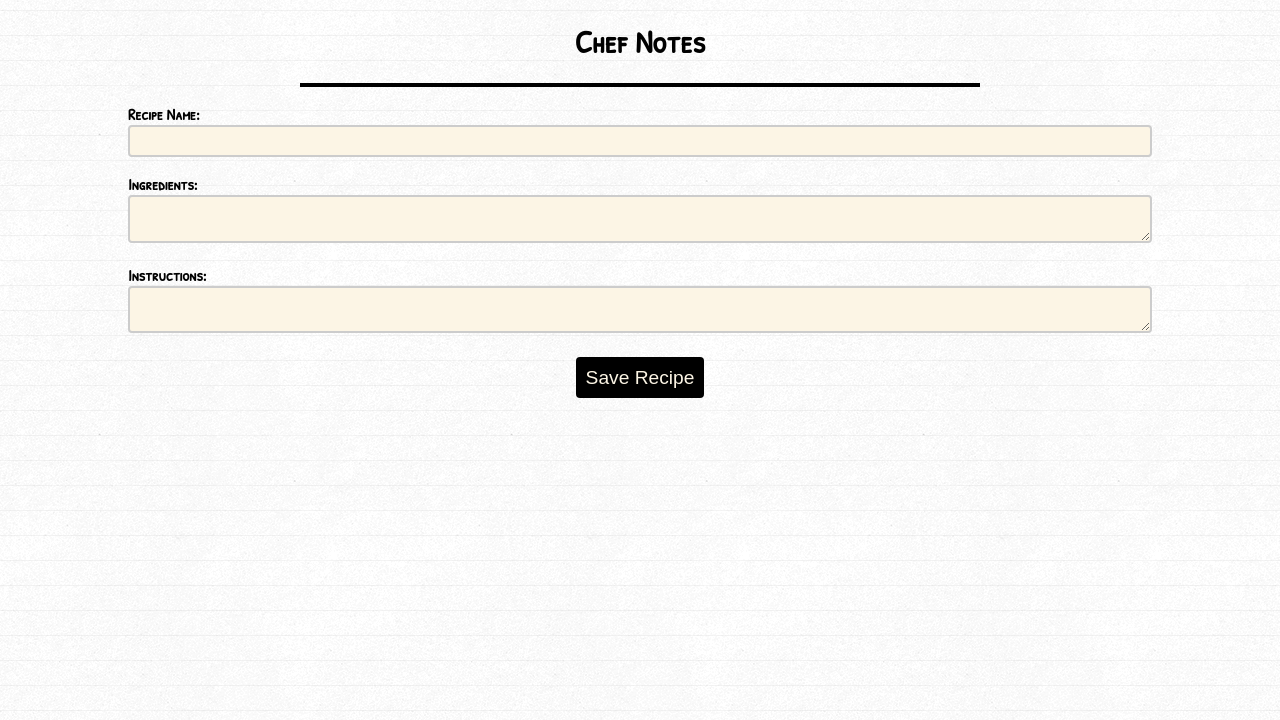
Repository: Chadloswald/RecipeSite
Page: index.html
These files come from the project's save history. The page is drawn as it stood at one moment and after the next save; the edit follows.
The browser window is 1280 px wide. The pictures show the whole page.

Above is the page before, as saved 2023-04-03 15:48:52.

After the next save:
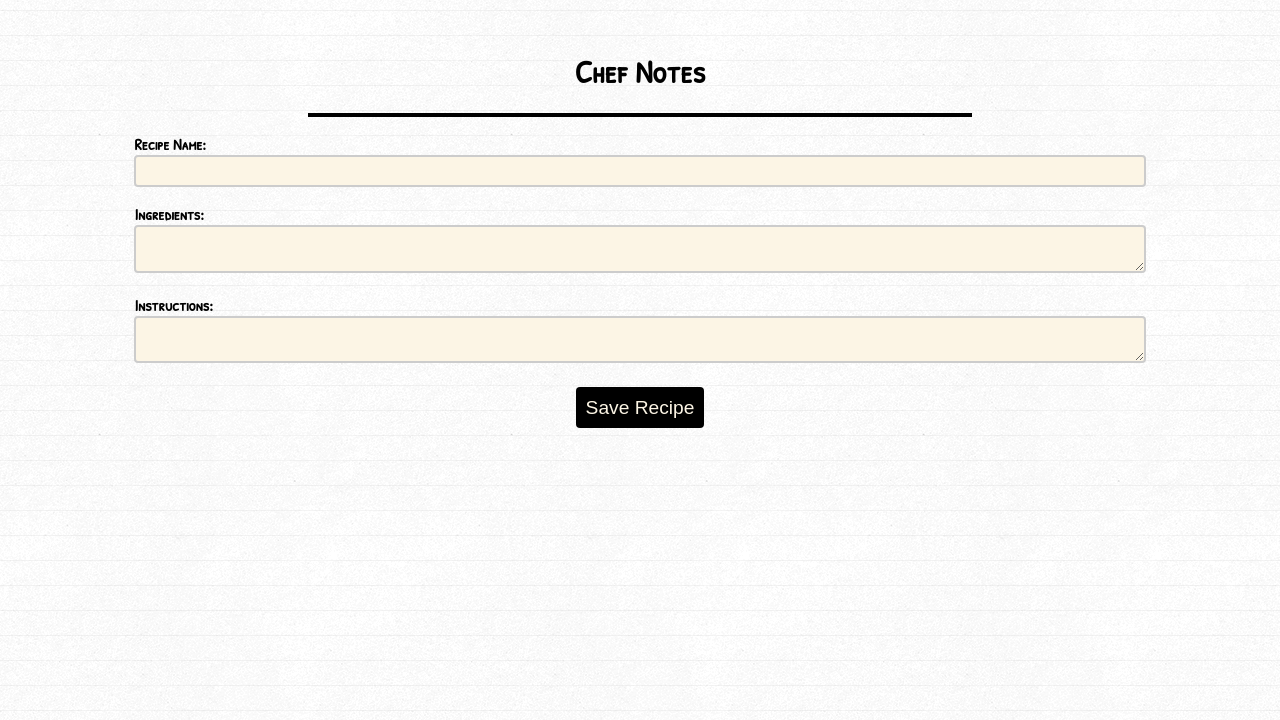
Saved 4 h 34 min later.
--- a/style.css
+++ b/style.css
@@ -4,7 +4,7 @@
 }
 body {
   font-family: 'Patrick Hand', cursive;
-  margin: 0;
+  margin-top: 30px;
   padding: 0;
   background-image: url("lined-paper-2.png");
  /* background-color: #FCF5E5;
